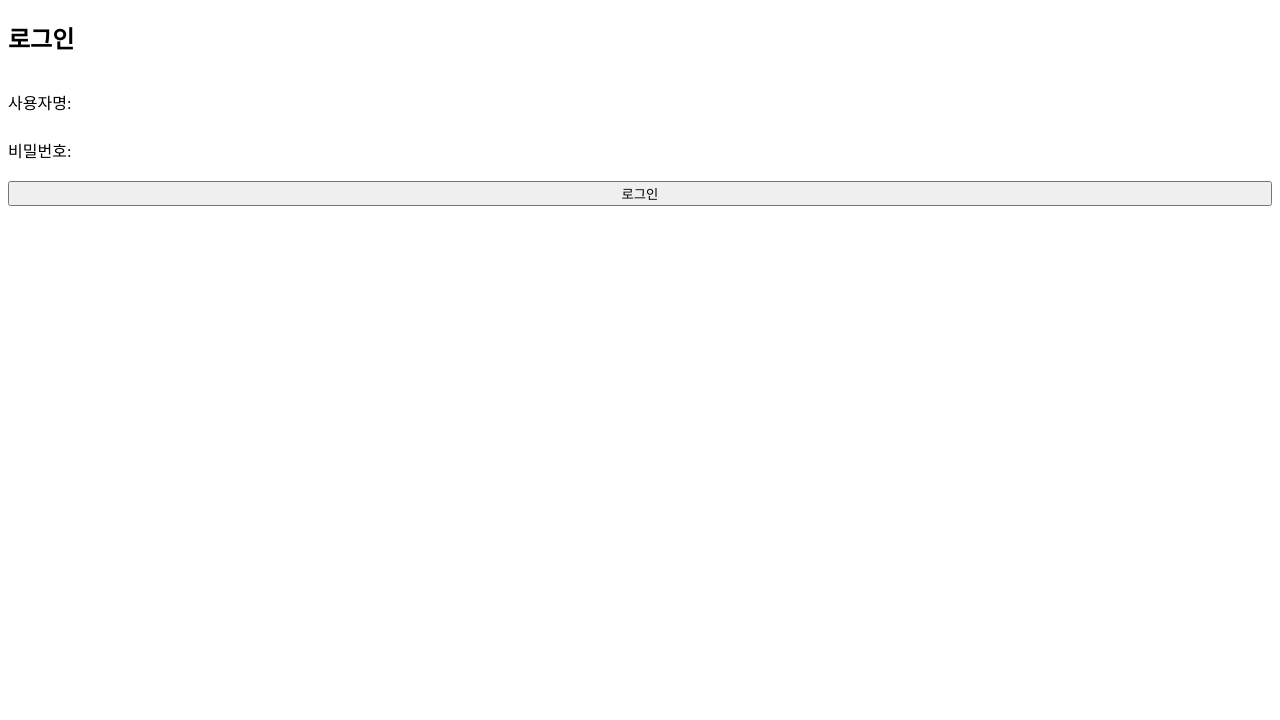
Repository: NewTurn2017/MyChome
Page: index.html
The author's editor kept a copy of each file at every save. The page is drawn from the files as they stood at one save, then again after the next save.
The browser window is 1280 px wide. The pictures show the whole page.
The page's requests for data from a server got no answer.

Above is the page before, as saved 2023-04-17 20:16:06.
Console error: ReferenceError: validateUser is not defined

### index.html
<!DOCTYPE html>
<html lang="ko-KR">
  <head>
    <meta charset="UTF-8" />
    <title>나만의 홈페이지</title>
    <link rel="stylesheet" href="style.css" />
  </head>

  <body>
    <div id="mainContent" style="display: none">
      <div id="content">
        <div id="clock"></div>
        <div id="quote"></div>
        <div id="weather"></div>

        <div id="todo">
          <form id="todoForm">
            <input
              type="text"
              id="todoInput"
              placeholder="할 일을 입력하세요"
            />
            <button type="submit" id="addBtn">추가</button>
          </form>
          <ul id="todoList"></ul>
          <button id="saveBtn">저장</button>
          <button id="loadBtn">불러오기</button>
        </div>
      </div>
    </div>
    <div id="loginContainer">
      <div id="loginFormContainer">
        <h2>로그인</h2>
        <form id="loginForm">
          <div class="inputContainer">
            <label for="username">사용자명:</label>
            <input type="text" id="username" />
          </div>
          <div class="inputContainer">
            <label for="password">비밀번호:</label>
            <input type="password" id="password" />
          </div>
          <button type="submit" id="loginBtn">로그인</button>
        </form>
      </div>
    </div>

    <script src="main.js"></script>
    <script src="database.js"></script>
    <script src="clock.js"></script>
    <script src="quote.js"></script>
    <script src="weather.js"></script>
    <script src="todo.js"></script>
  </body>
</html>

### style.css
/* 모달 스타일 */
.modal {
  display: none; /* 모달을 기본적으로 숨김 */
  position: fixed; /* 스크롤에 따라 모달이 움직이지 않도록 고정 */
  z-index: 1; /* 모달이 다른 요소들 위에 위치하도록 설정 */
  left: 0;
  top: 0;
  width: 100%;
  height: 100%;
  overflow: auto;
  background-color: rgba(0, 0, 0, 0.7);
}

.modal-content {
  background-color: #fefefe;
  margin: 15% auto;
  padding: 20px;
  border: 1px solid #888;
  width: 30%;
  border-radius: 10px;
  box-shadow: 0 4px 6px rgba(0, 0, 0, 0.1), 0 1px 3px rgba(0, 0, 0, 0.08);
}

.close {
  float: right;
  font-size: 28px;
  font-weight: bold;
  cursor: pointer;
  color: #888;
}

.close:hover,
.close:focus {
  color: #444;
  text-decoration: none;
  cursor: pointer;
}

/* 폼 스타일 */
form {
  display: flex;
  flex-direction: column;
  margin-top: 30px;
}

label {
  margin-bottom: 10px;
}

input[type='text'],
input[type='password'],
input[type='submit'] {
  padding: 10px;
  border: none;
  border-radius: 5px;
  margin-bottom: 10px;
  font-size: 16px;
}

input[type='submit'] {
  background-color: #1e88e5;
  color: white;
  cursor: pointer;
}

input[type='submit']:hover {
  background-color: #1976d2;
}

### main.js
// 로그인 폼 열기
const loginModal = document.getElementById('loginModal')
const loginBtn = document.getElementById('loginBtn')
const closeBtn = document.querySelector('.close')

// 아이디와 비밀번호 검증
if (validateUser(username, password)) {
  alert('로그인되었습니다.')
  loginModal.style.display = 'none'
  // 로그인 성공 시 mainContent div를 표시함
  document.getElementById('mainContent').style.display = 'block'
} else {
  alert('아이디 또는 비밀번호가 올바르지 않습니다.')
}

loginBtn.onclick = function () {
  loginModal.style.display = 'block'
}

// 로그인 폼 닫기
closeBtn.onclick = function () {
  loginModal.style.display = 'none'
}

// 로그인 폼 전송
const loginForm = document.getElementById('loginForm')

loginForm.addEventListener('submit', function (event) {
  event.preventDefault() // 폼 기본 동작 중단

  // 입력된 아이디와 비밀번호 가져오기
  const username = loginForm.username.value
  const password = loginForm.password.value

  // 아이디와 비밀번호 검증
  // TODO: 실제로는 서버와 통신하여 검증해야 함
  if (username === 'admin' && password === '1234') {
    alert('로그인되었습니다.')
    loginModal.style.display = 'none'
  } else {
    alert('아이디 또는 비밀번호가 올바르지 않습니다.')
  }
})

### database.js
const users = [
  {
    username: 'admin',
    password: '1234',
  },
  {
    username: 'user',
    password: '5678',
  },
]
// 아이디와 비밀번호 검증 함수
function validateUser(username, password) {
  // users 배열에서 입력된 아이디와 비밀번호가 일치하는 객체 검색
  const user = users.find(
    (user) => user.username === username && user.password === password
  )

  // 일치하는 객체가 있다면 true를 반환, 그렇지 않으면 false를 반환
  return user ? true : false
}

// 입력된 아이디와 비밀번호 가져오기
const username = loginForm.username.value
const password = loginForm.password.value

// 아이디와 비밀번호 검증
if (validateUser(username, password)) {
  alert('로그인되었습니다.')
  loginModal.style.display = 'none'
} else {
  alert('아이디 또는 비밀번호가 올바르지 않습니다.')
}

### clock.js
// 시계 출력 함수
function showClock() {
  const now = new Date() // 현재 시간을 가져옴
  const hour = now.getHours() // 시간을 가져옴
  const minute = now.getMinutes() // 분을 가져옴
  const second = now.getSeconds() // 초를 가져옴

  const clock = document.getElementById('clock')
  clock.textContent = `${hour < 10 ? '0' + hour : hour}:${
    minute < 10 ? '0' + minute : minute
  }:${second < 10 ? '0' + second : second}`

  // 1초마다 showClock 함수를 호출하여 시간을 업데이트 함
  setTimeout(showClock, 1000)
}

// showClock 함수를 최초로 호출하여 화면에 시계를 표시함
showClock()

### quote.js
// 명언 출력 함수
async function showQuote() {
  const response = await fetch('https://quotes.rest/qod') // 명언을 가져옴
  const data = await response.json()
  const quote = data.contents.quotes[0].quote
  const author = data.contents.quotes[0].author

  const quoteElem = document.getElementById('quote')
  quoteElem.innerHTML = `<p>${quote}</p><p>- ${author}</p>`

  // 30초마다 showQuote 함수를 호출하여 명언을 업데이트 함
  setTimeout(showQuote, 30000)
}

// showQuote 함수를 최초로 호출하여 화면에 명언을 표시함
showQuote()

### todo.js
// Todo List 출력 함수
function showTodoList() {
  const todoList = JSON.parse(localStorage.getItem('todoList')) || [] // 로컬 스토리지에서 Todo List를 가져옴

  const todoListElem = document.getElementById('todoList')
  todoListElem.innerHTML = ''

  todoList.forEach((todo, index) => {
    const li = document.createElement('li')
    li.innerHTML = `
        <input type="text" value="${todo}" data-index="${index}">
        <button class="deleteBtn" data-index="${index}">삭제</button>
      `
    todoListElem.appendChild(li)
  })

  // 삭제 버튼 클릭 이벤트 핸들러 등록
  const deleteBtns = document.querySelectorAll('.deleteBtn')
  deleteBtns.forEach((btn) => {
    btn.onclick = function () {
      const index = this.dataset.index
      todoList.splice(index, 1)
      showTodoList()
    }
  })
}

// Todo List 추가 함수
function addTodoList() {
  const todoInput = document.getElementById('todoInput')
  const todoList = JSON.parse(localStorage.getItem('todoList')) || [] // 로컬 스토리지에서 Todo List를 가져옴
  todoList.push(todoInput.value) // 새로운 할 일을 추가함
  localStorage.setItem('todoList', JSON.stringify(todoList)) // 로컬 스토리지에 Todo List를 저장함
  todoInput.value = '' // 입력 필드를 초기화함
  showTodoList()
}

// Todo List 수정 함수
function modifyTodoList(index, value) {
  const oldTodoList = JSON.parse(localStorage.getItem('todoList')) || [] // 로컬 스토리지에서 Todo List를 가져옴
  oldTodoList[index] = value // 할 일을 수정함
  localStorage.setItem('todoList', JSON.stringify(oldTodoList)) // 로컬 스토리지에 Todo List를 저장함
  showTodoList()
}

// Todo List 저장 함수
function saveTodoList() {
  const todoList = JSON.parse(localStorage.getItem('todoList')) || [] // 로컬 스토리지에서 Todo List를 가져옴
  const filename = 'todolist.json'
  const blob = new Blob([JSON.stringify(todoList)], {
    type: 'application/json',
  })
  const url = URL.createObjectURL(blob)
  const a = document.createElement('a')
  a.href = url
  a.download = filename
  a.click()
}
// Todo List 불러오기 함수
async function loadTodoList() {
  const input = document.createElement('input')
  input.type = 'file'
  input.accept = 'application/json'
  input.onchange = async function () {
    const file = input.files[0]
    const reader = new FileReader()
    reader.readAsText(file)
    reader.onloadend = async function () {
      if (reader.result) {
        const newTodoList = JSON.parse(reader.result)
        localStorage.setItem('todoList', JSON.stringify(newTodoList)) // 로컬 스토리지에 Todo List를 저장함
        showTodoList()
      }
    }
  }
  input.click()
}

// Todo List Form submit 이벤트 핸들러 등록
const todoForm = document.getElementById('todoForm')
todoForm.onsubmit = function (event) {
  event.preventDefault() // 기본 동작을 막음
  addTodoList()
}

// 저장 버튼 click 이벤트 핸들러 등록
const saveBtn = document.getElementById('saveBtn')
saveBtn.onclick = function () {
  saveTodoList()
}

// 불러오기 버튼 click 이벤트 핸들러 등록
const loadBtn = document.getElementById('loadBtn')
loadBtn.onclick = async function () {
  await loadTodoList()
}

// showTodoList 함수를 최초로 호출하여 화면에 Todo List를 표시함
showTodoList()

Loaded but not shown: weather.js (no copy from this time; the picture is the same without it)

After the next save:
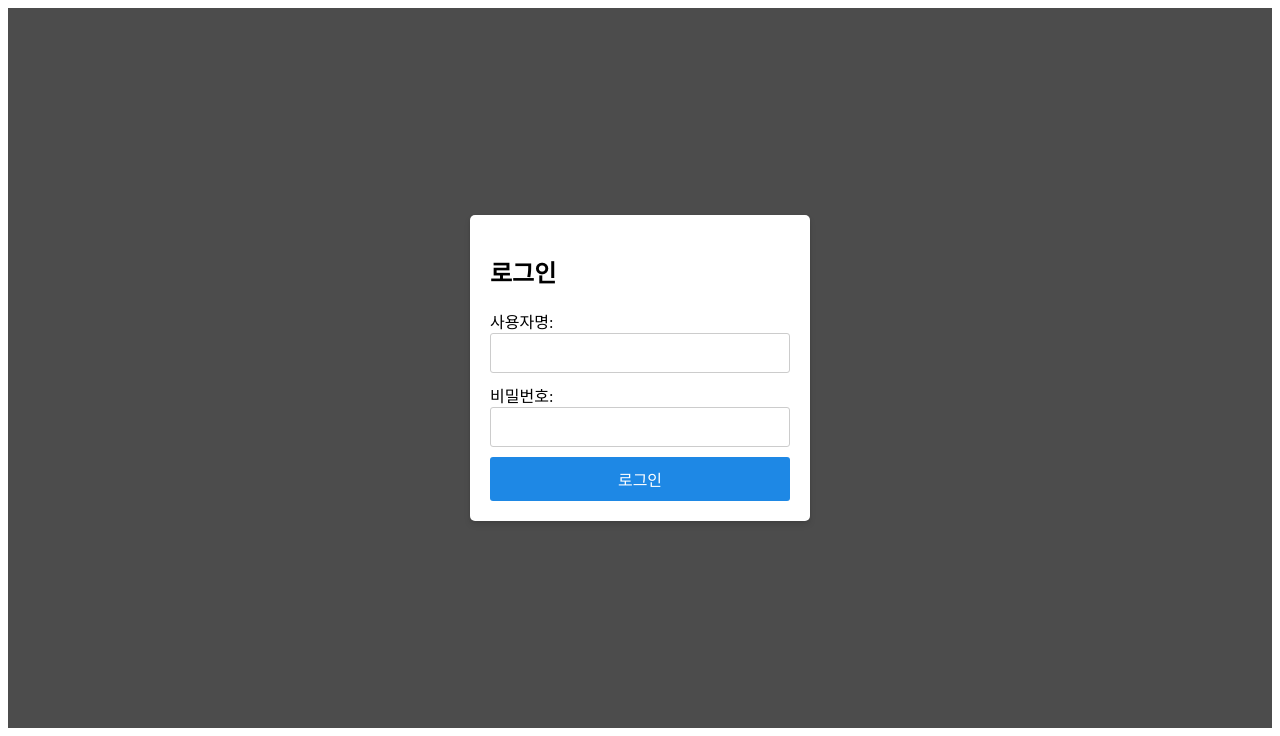
Saved 53 s later.
--- a/style.css
+++ b/style.css
@@ -36,33 +36,52 @@
   cursor: pointer;
 }
 
-/* 폼 스타일 */
-form {
+/* 로그인 컨테이너 스타일 */
+#loginContainer {
+  display: flex;
+  justify-content: center;
+  align-items: center;
+  height: 100vh;
+  background-color: rgba(0, 0, 0, 0.7);
+}
+
+#loginFormContainer {
+  background-color: #fff;
+  width: 300px;
+  padding: 20px;
+  border-radius: 5px;
+  box-shadow: 0 4px 6px rgba(0, 0, 0, 0.1), 0 1px 3px rgba(0, 0, 0, 0.08);
+}
+
+h2 {
+  margin-bottom: 20px;
+}
+
+.inputContainer {
   display: flex;
   flex-direction: column;
-  margin-top: 30px;
-}
-
-label {
   margin-bottom: 10px;
 }
 
 input[type='text'],
-input[type='password'],
-input[type='submit'] {
+input[type='password'] {
   padding: 10px;
-  border: none;
-  border-radius: 5px;
-  margin-bottom: 10px;
   font-size: 16px;
+  border: 1px solid #ccc;
+  border-radius: 3px;
 }
 
-input[type='submit'] {
+button#loginBtn {
+  width: 100%;
+  padding: 10px;
+  font-size: 16px;
   background-color: #1e88e5;
-  color: white;
+  color: #fff;
+  border: none;
+  border-radius: 3px;
   cursor: pointer;
 }
 
-input[type='submit']:hover {
+button#loginBtn:hover {
   background-color: #1976d2;
 }
